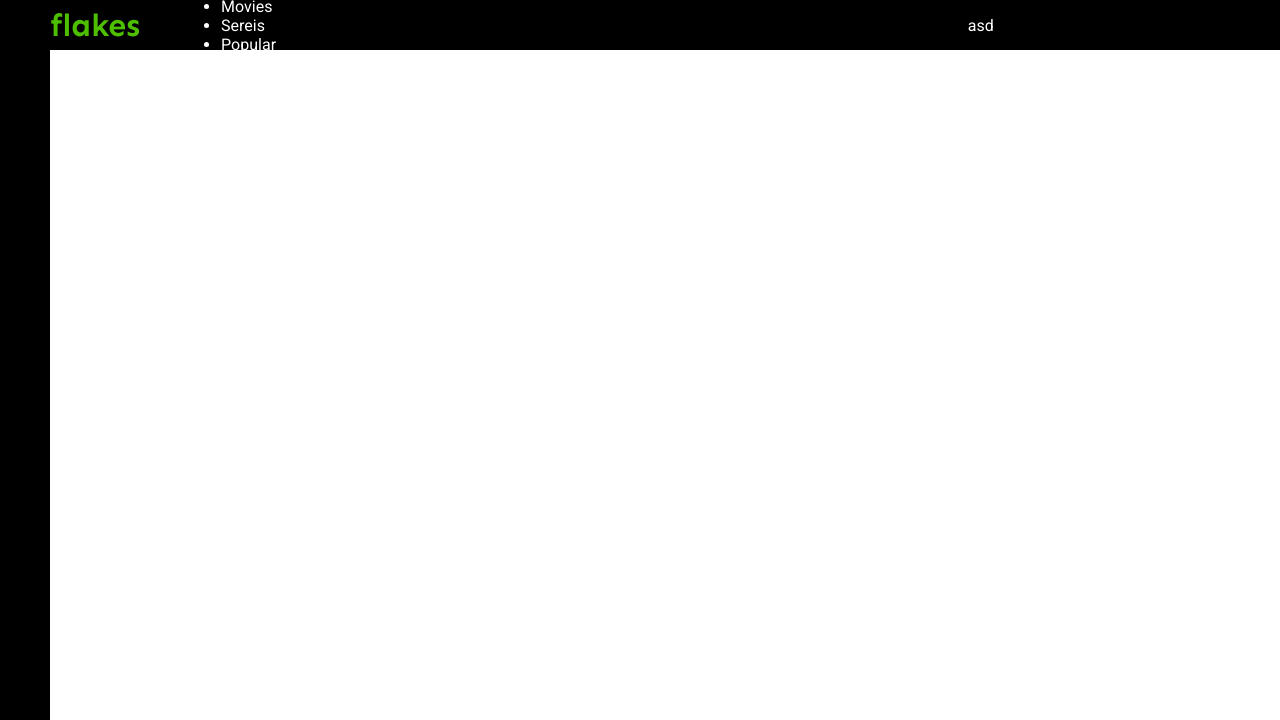
Repository: JulyK9/Movie-Website
Page: index.html
An editor plug-in stored every save of this project. The page is shown before and after the next save, followed by the edit.
The browser window is 1280 px wide. The pictures show the whole page.

Above is the page before, as saved 2022-07-03 00:52:49.

### index.html
<!DOCTYPE html>
<html lang="en">
<head>
    <meta charset="UTF-8">
    <meta http-equiv="X-UA-Compatible" content="IE=edge">
    <meta name="viewport" content="width=device-width, initial-scale=1.0">
    <title>Movie design</title>
    <link rel="stylesheet" href="style.css">

    <link rel="preconnect" href="https://fonts.googleapis.com">
    <link rel="preconnect" href="https://fonts.gstatic.com" crossorigin>
    <link href="https://fonts.googleapis.com/css2?family=Roboto:wght@100;300;400;500;700;900&family=Sen:wght@400;700;800&display=swap" rel="stylesheet">
</head>

<body>
    <nav class="navbar">
        <div class="navbar-container">
            <div class="logo-container"><h1 class="logo">flakes</h1></div>
            <div class="menu-container">
                <ul class="menu-list">
                    <li class="menu-list-item">Home</li>
                    <li class="menu-list-item">Movies</li>
                    <li class="menu-list-item">Sereis</li>
                    <li class="menu-list-item">Popular</li>
                    <li class="menu-list-item">Trends</li>
                </ul>
            </div>
            <div class="profile-container">asd</div>
        </div>
    </nav>
    <div class="sidebar"></div>

</body>

</html>

### style.css
* {
    box-sizing: border-box;
    margin: 0;
}

body {
    font-family: 'Roboto', sans-serif;
    /* overflow: hidden; */
}

.navbar {
    width: 100%;
    height: 50px;
    background-color: black;
}

.navbar-container {
    height: 100%;
    display: flex;
    align-items: center;
    padding: 0 50px;
    color: white;
}

.logo-container {
    flex: 1;
}

.logo {
    font-family: 'Sen', sans-serif;
    font-size: 2rem;
    color: #4dbf00;
}

.menu-container {
    flex: 6;
}

.profile-container {
    flex: 2;
}

.sidebar {
    width: 50px;
    height: 100%;
    background-color: black;
    position: fixed;   /* 스크롤바 생기는 부분 제거 및 사이드바 고정 */
    top: 0;     /* 사이드바 상단 고정 */
}

After the next save:
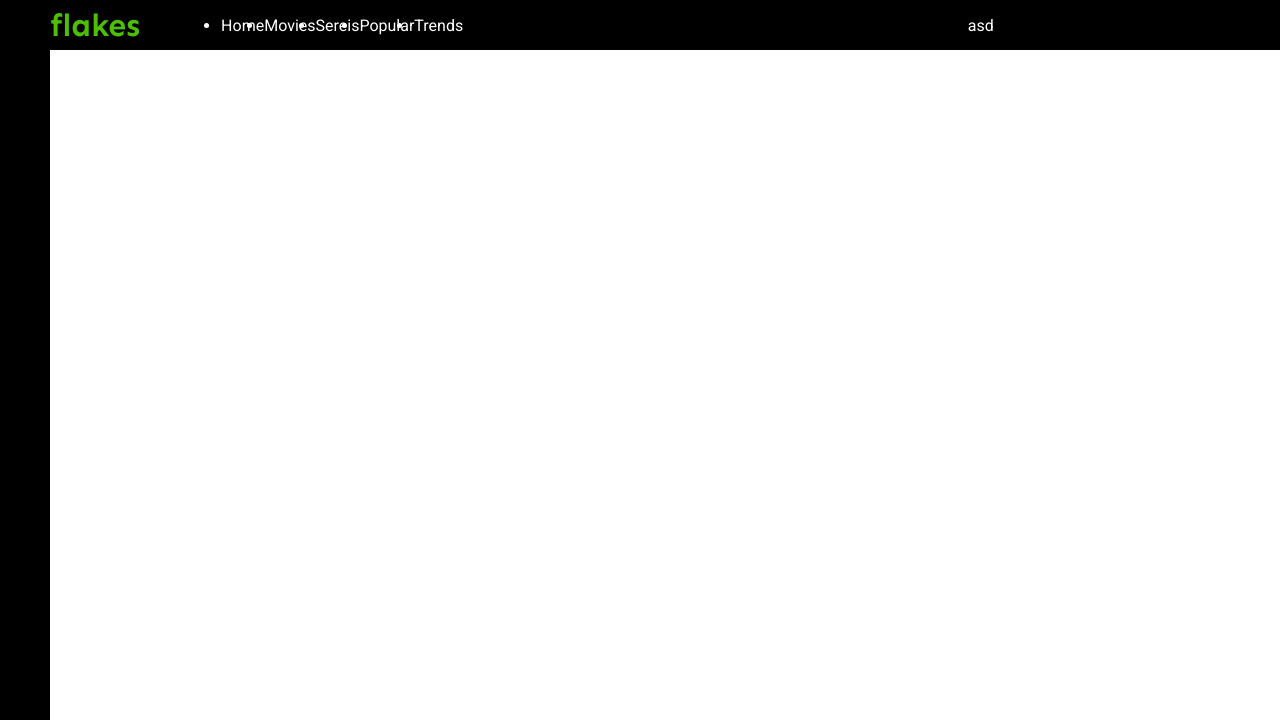
Saved 54 s later.
--- a/style.css
+++ b/style.css
@@ -36,6 +36,11 @@
     flex: 6;
 }
 
+.menu-list {
+    display: flex;
+    align-items: center;
+}
+
 .profile-container {
     flex: 2;
 }
